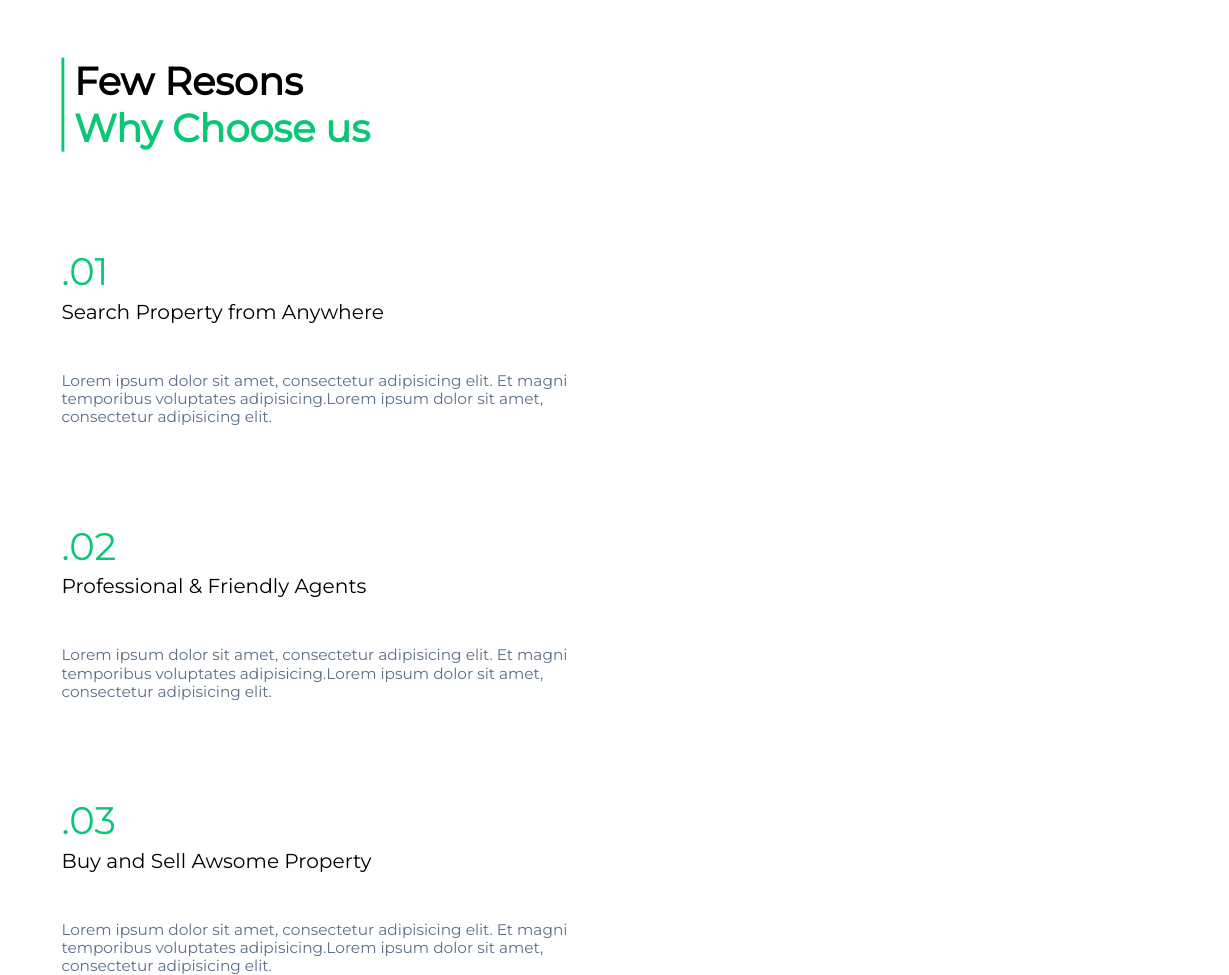
Repository: Yowani24/Real-Estate2
Page: index.html
An editor plug-in stored every save of this project. The page is shown before and after the next save, followed by the edit.
The browser window is 1280 px wide. The pictures show the part of the page from y = 2326 to 3342 px (the page is 3342 px tall), at 96% of full size.
A picture or video elsewhere on the page could not be fetched, so the positions and the page height are approximate. Some web fonts or font styles are not loaded; a fallback is used.

Above is the page before, as saved 2021-08-29 13:31:12.

### index.html
<!DOCTYPE html>
<html lang="en">
<head>
    <meta charset="UTF-8">
    <meta http-equiv="X-UA-Compatible" content="IE=edge">
    <meta name="viewport" content="width=device-width, initial-scale=1.0">
    <title>Real State</title>
    <link rel="stylesheet" href="styles.css">

    <!-- ============FONT-FAMILY============== -->
    <link rel="preconnect" href="https://fonts.googleapis.com">
    <link rel="preconnect" href="https://fonts.gstatic.com" crossorigin>
    <link href="https://fonts.googleapis.com/css2?family=Montserrat&family=Rozha+One&display=swap" rel="stylesheet">

    <!-- ======================VUELS CDN=================== -->
    <script src="https://cdn.jsdelivr.net/npm/vue@2"></script>

</head>
<body>
    <Header>
        <div class="interface_wrapper header_wrapper">
            <div class="logo_box">
                <img src="/images/realLogo.png" alt="">
                <p><span>Real</span> Estate</p>
            </div>

            <div class="menu">
                <nav>
                    <ul>
                        <li><a href="#">Home</a></li>
                        <li><a href="#">About</a></li>
                        <li><a href="#">Agents</a></li>
                        <li><a href="#">Price</a></li>
                        <li><a href="#">Blog</a></li>
                    </ul>
                </nav>
            </div>
        </div>
    </Header>

    <section class="showcase_sec">
        <div class="interface_wrapper showcase">
            <p>Give Life For Your <br/>Dream <span>Home</span></p>
            <p>Always on the lookout for the hi-tech advancements.  Build not only a product that can sell well, but a platform through which to deliver it.</p>

            <div class="btns_box">
                <button>Read more</button>
                <button>Contact Us</button>
            </div>
        </div>
    </section>

    <section class="about_us_sec">
        <div class="interface_wrapper about_us">
            <p><span>About</span> Us</p>
            <p>A modern and unique style </p>

            <div id="app">
                <div v-for="item in items">
                    <img :src="item.ima" alt="">
                    <p>{{item.desc}}</p>
                </div>
            </div>
        </div>
    </section>

    <section class="services_sec">
        <div id="services" class="interface_wrapper services">
            <div class="services_box" v-for="item in items">
                <img :src="item.ima" alt="">
                <div>
                    <p>{{item.titulo}}</p>
                    <p>{{item.desc}}</p>
                </div>
            </div>
        </div>
    </section>

    <section class="best_agents_sec">
        <div class="interface_wrapper best_agents">
            <div id="bestAgents" class="bestAgents">
                <div>
                    <p><span>Our</span> Best Agents</p>
                    <button>View Agents</button>
                </div>
                <div class="agents_box" v-for="item in items">
                    <div class="agents_image_box">
                        <img :src="item.ima" alt="">
                    </div>
                    <p>{{item.name}}</p>
                    <p>{{item.office}}</p>
                    <div class="agents_social">
                        <img src="/images/facebook.png" alt="">
                        <img src="/images/twitter.png" alt="">
                        <img src="/images/email.png" alt="">
                        <img src="/images/linkedin.png" alt="">
                    </div>
                </div>
            </div>
        </div>
    </section>

    <section class="whyUs_sec">
        <div id="whyUs" class="interface_wrapper whyUs">
            <h3>Few Resons <br/> <span>Why Choose us</span></h3>
            <div class="items" v-for="item in items">
                <p>{{item.position}}</p>
                <p>{{item.title}}</p>
                <p>{{item.desc}}</p>
            </div>
        </div>
    </section>



    <script>
        var app = new Vue({
            el: '#app',
            data: {
                items: [
                    {ima:'https://images.unsplash.com/photo-1583231684537-bd79dc887244?ixlib=rb-1.2.1&ixid=MnwxMjA3fDB8MHxwaG90by1yZWxhdGVkfDZ8fHxlbnwwfHx8fA%3D%3D&auto=format&fit=crop&w=500&q=60', desc:'Tomin Villa Denmarkd'},
                    {ima:'https://images.unsplash.com/photo-1613490493576-7fde63acd811?ixlib=rb-1.2.1&ixid=MnwxMjA3fDB8MHxwaG90by1yZWxhdGVkfDV8fHxlbnwwfHx8fA%3D%3D&auto=format&fit=crop&w=500&q=60', desc:'Financial Office Romania'},
                    {ima:'https://images.unsplash.com/photo-1416331108676-a22ccb276e35?ixlib=rb-1.2.1&ixid=MnwxMjA3fDB8MHxwaG90by1yZWxhdGVkfDJ8fHxlbnwwfHx8fA%3D%3D&auto=format&fit=crop&w=500&q=60', desc:'Cruzz Villa Spain'},
                ]
            }
        });

        var app = new Vue({
            el: '#services',
            data: {
                items: [
                    {ima:'/images/SEO_Ready_Code.png', titulo:'SEO Ready Code', desc:'Tincidunt felis dignissim justo congue, non rutrum tortor volutpat .'},
                    {ima:'/images/Fully_Responsive.png', titulo:'Fully Responsive', desc:'Tincidunt felis dignissim justo congue, non rutrum tortor volutpat .'},
                    {ima:'/images/Awesome_Features.png', titulo:'Awesome Features', desc:'Tincidunt felis dignissim justo congue, non rutrum tortor volutpat .'},
                    {ima:'/images/5-Star-Support.png', titulo:'5-Star-Support', desc:'Tincidunt felis dignissim justo congue, non rutrum tortor volutpat .'},
                    {ima:'/images/5-Star-Support.png', titulo:'High Customizibility', desc:'Tincidunt felis dignissim justo congue, non rutrum tortor volutpat .'},
                    {ima:'/images/Up-To-Date Software.png', titulo:'Up-To-Date Software', desc:'Tincidunt felis dignissim justo congue, non rutrum tortor volutpat .'},

                ]
            }
        });

        var app = new Vue({
            el: '#bestAgents',
            data: {
                items: [
                    {ima:'https://images.unsplash.com/photo-1598257006408-538c27529235?ixlib=rb-1.2.1&ixid=MnwxMjA3fDB8MHxwaG90by1yZWxhdGVkfDE2fHx8ZW58MHx8fHw%3D&auto=format&fit=crop&w=500&q=60', name:'Yowani da Costa', office:'FOUNDER | CEO'},
                    {ima:'https://images.unsplash.com/photo-1573496800440-5c9c48a8d0f0?ixid=MnwxMjA3fDB8MHxzZWFyY2h8MTZ8fGJsYWNrJTIwZW50cmVwcmVuZXVyc3xlbnwwfHwwfHw%3D&ixlib=rb-1.2.1&auto=format&fit=crop&w=500&q=60', name:'Nelumba Nkai', office:'RH'},
                    {ima:'https://images.unsplash.com/photo-1558222218-b7b54eede3f3?ixid=MnwxMjA3fDB8MHxzZWFyY2h8MTh8fGNlb3xlbnwwfHwwfHw%3D&ixlib=rb-1.2.1&auto=format&fit=crop&w=500&q=60', name:'Arnold William', office:'Front End Developer'},


                ]
            }
        });

        var app = new Vue({
            el: '#whyUs',
            data: {
                items: [
                    {position:'.01', title:'Search Property from Anywhere', desc:'Lorem ipsum dolor sit amet, consectetur adipisicing elit. Et magni temporibus voluptates adipisicing.Lorem ipsum dolor sit amet, consectetur adipisicing elit.'},
                    {position:'.02', title:'Professional & Friendly Agents', desc:'Lorem ipsum dolor sit amet, consectetur adipisicing elit. Et magni temporibus voluptates adipisicing.Lorem ipsum dolor sit amet, consectetur adipisicing elit.'},
                    {position:'.03', title:'Buy and Sell Awsome Property', desc:'Lorem ipsum dolor sit amet, consectetur adipisicing elit. Et magni temporibus voluptates adipisicing.Lorem ipsum dolor sit amet, consectetur adipisicing elit.'}

                ]
            }
        });

    </script>
</body>
</html>

### styles.css
*{
    margin: 0;
}

body{
    padding: 0;
    top: 0;
    left: 0;
    font-family: 'Montserrat', sans-serif;
}
.interface_wrapper{
    width: 90%;
    margin: 0 auto;
}

/* ======================HEADER======================= */
Header{
    background: rgb(23,34,47);
    color: #FFFFFF;
    padding: 10px 0;

}
.header_wrapper{
    display: flex;
    justify-content: space-between;
    align-items:center;
}
.logo_box{
    display: flex;
    align-items: center;
}
.logo_box p{
    font-size: 40px;
    font-weight: 400;
    font-family: 'Rozha One', serif;

}
.logo_box span{
    color: rgb(10, 199, 117);
}
Header .menu nav ul{
    display: flex;
    padding: 0;
}
Header .menu nav li{
    list-style: none;
    margin: 0 20px;
}
Header .menu nav a{
    text-decoration: none;
    color: #FFFFFF;
    font-size: 19px;

}

/* ======================SHOWCASE_SECTION======================= */
.showcase_sec{
    padding-top: 150px;
    padding-bottom: 100px;
    background-image: url('https://images.unsplash.com/photo-1544890603-cf0ce2d65561?ixlib=rb-1.2.1&ixid=MnwxMjA3fDB8MHxwaG90by1wYWdlfHx8fGVufDB8fHx8&auto=format&fit=crop&w=750&q=80');
    background-repeat: no-repeat;
    background-position: center;
    background-size: cover;
}
.showcase p:nth-child(1) {
    font-size: 85px;
    font-family: 'Rozha One', serif;
    width: 800px;
    border-left: 3px solid rgb(10, 199, 117);
    padding-left: 10px;
    line-height: 1;
    margin: 0 auto;
    color: #FFFFFF;

}
.showcase p:nth-child(1) span {
    color: rgb(10, 199, 117);
}

.showcase p:nth-child(2) {
    font-size: 16px;
    color: rgb(255, 255, 255);
    width: 650px;
    line-height: 2;
    margin-top: 75px;
}

.btns_box{
    margin-top: 40px;
}
.btns_box button {
    border: 2px solid rgb(10, 199, 117);
    padding: 0 45px;
    height: 55px;
    font-size: 16px;
    border-radius: 50px;
    font-weight: 500;
    color: #FFFFFF;
    line-height: 19px;
    cursor: pointer;
}

.btns_box button:nth-child(1) {
    background: rgb(10, 199, 117);
}
.showcase button:nth-child(2) {
    color:#FFFFFF;
    margin-left: 10px;
    background: none;
}


/* ======================ABOUT US======================= */
.about_us_sec{
    padding-bottom: 50px;
}
.about_us {
    display: flex;
    flex-direction: column;
}
.about_us p:nth-child(1) {
    font-size: 40px;
    border-left: 3px solid rgb(10, 199, 117);
    padding-left: 10px;
    margin: 0 auto;
    margin-top: 100px;
    margin-bottom: 10px;

}
.about_us p:nth-child(1) span {
    color: rgb(10, 199, 117);
}

.about_us p:nth-child(2) {
    font-size: 22px;
    font-style: italic;
    text-align: center;
    margin-bottom: 100px;
}

#app{
    display: flex;
    align-items: center;
    justify-content: space-between;
    width: 100%;
}
#app img{
    width: 200px;
    height: 200px;
    border-radius:100%;
}
#app p{
    text-align: center;
    font-size: 25px;
    width: 200px;
    margin: 0 auto;
    margin-top: 20px;
    font-style: normal;
}


/* ======================SERVICES======================= */

.services_sec{
    background: rgb(35, 49, 66);
    color: rgb(255, 255, 255);
    padding: 50px 0;

}
.services{
    display: flex;
    flex-wrap: wrap;
    justify-content: space-between;
}
.services_box{
    display: flex;
    margin: 50px 0;
    align-items: flex-start;
}
.services_box img{
    margin-right: 10px;
}
.services_box p:nth-child(1){
    font-size: 30px;
    font-weight: bold;
    margin-top: 10px;
}
.services_box p:nth-child(2){
    font-size: 14px;
    width: 280px;
    margin-top: 20px;
}



/* ======================OUR BEST AGENTS======================= */

.best_agents_sec {
    padding: 80px 0;
}
.bestAgents{
    display: flex;
}
.bestAgents p:nth-child(1){
    font-size: 40px;
    border-left: 3px solid rgb(10, 199, 117);
    font-weight: bold;
    padding-left: 10px;
}
.bestAgents p:nth-child(1) span{
    font-size: 40px;
    color: rgb(10, 199, 117);
}
.bestAgents button{
    font-size: 16px;
    font-weight: bolder;
    padding: 15px 40px;
    border: 2px solid rgb(10, 199, 117);
    background: none;
    margin-top: 60px;
    cursor: pointer;
}

.agents_box{
    width: 300px;
    box-shadow: rgba(60, 64, 67, 0.3) 0px 1px 2px 0px,
    rgba(60, 64, 67, 0.15) 0px 2px 6px 2px;
    margin: 6px;
    text-align: center;
    padding: 5px;
}
.agents_box p:nth-child(2){
    font-size: 30px;
    font-weight: 500;
    margin: 10px 0;
    color: rgb(39, 35, 35);
}
.agents_box p:nth-child(3){
    font-size: 15px;
    font-weight: 500;
    color: rgb(51, 151, 108);
}
.agents_image_box{
    width: 100%;
}
.agents_image_box img{
    width: 100%;
}
.agents_social{
    text-align: center;
    padding: 10px 0;
}
.agents_social img{
    margin: 0 10px;
    cursor: pointer;
}


/* ======================OUR BEST AGENTS======================= */

.whyUs h3{
    font-size: 40px;
    border-left: 3px solid rgb(10, 199, 117);
    font-weight: bold;
    padding-left: 10px;
}
.whyUs h3 span{
    color: rgb(10, 199, 117);
}

.items p:nth-child(1){
    font-size: 40px;
    color: rgb(10, 199, 117);
    font-weight: 500;
    margin-top: 100px;
}
.items p:nth-child(2){
    font-size: 21px;
    font-weight: 500;
    margin-top: 5px;

}
.items p:nth-child(3){
    font-size: 16px;
    color: rgb(92, 111, 135);
    width: 50%;
    margin-top: 50px;
}

After the next save:
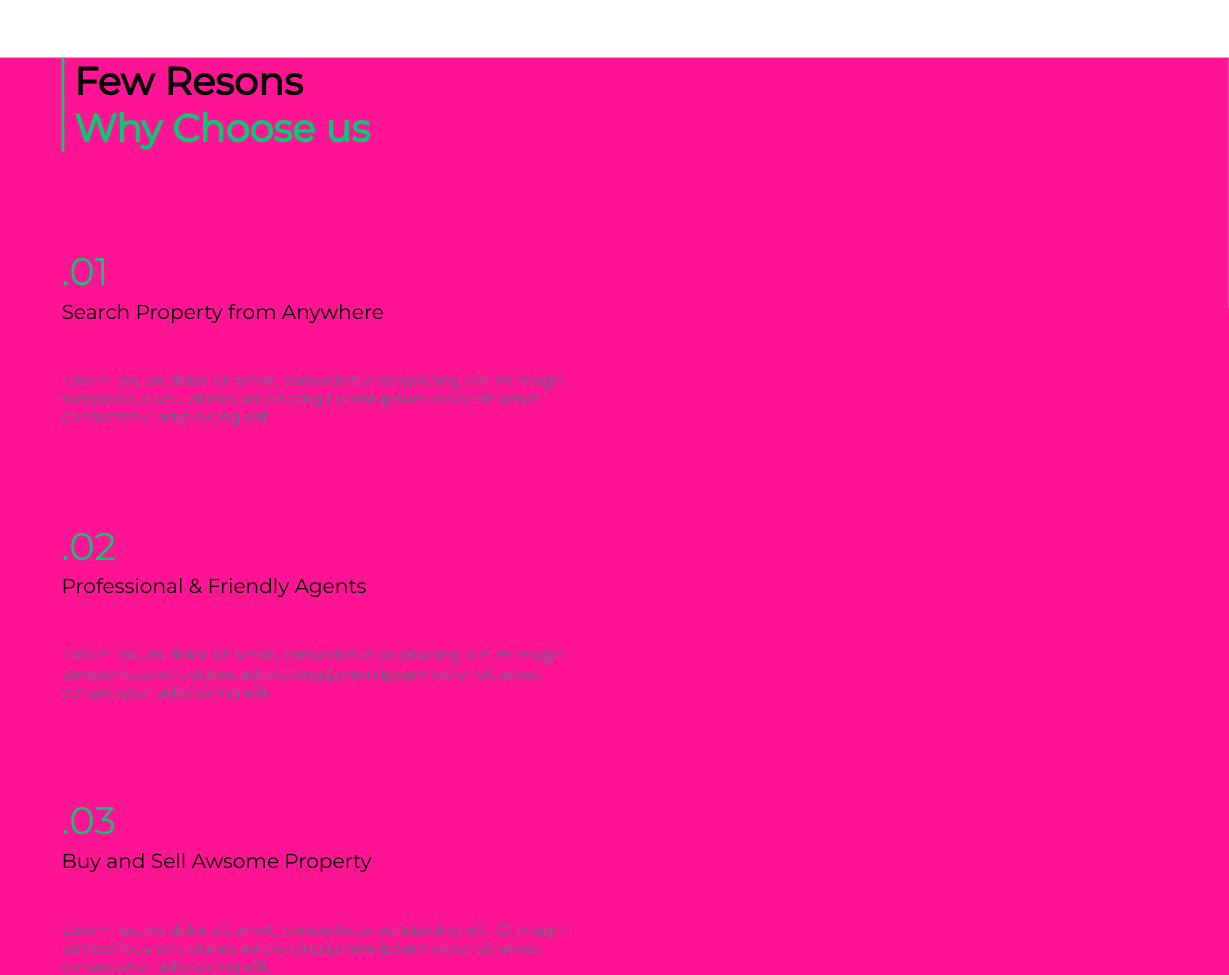
Saved 55 s later.
--- a/styles.css
+++ b/styles.css
@@ -257,7 +257,9 @@ Header .menu nav a{
 
 
 /* ======================OUR BEST AGENTS======================= */
-
+.whyUs_sec{
+    background: deeppink;
+}
 .whyUs h3{
     font-size: 40px;
     border-left: 3px solid rgb(10, 199, 117);
